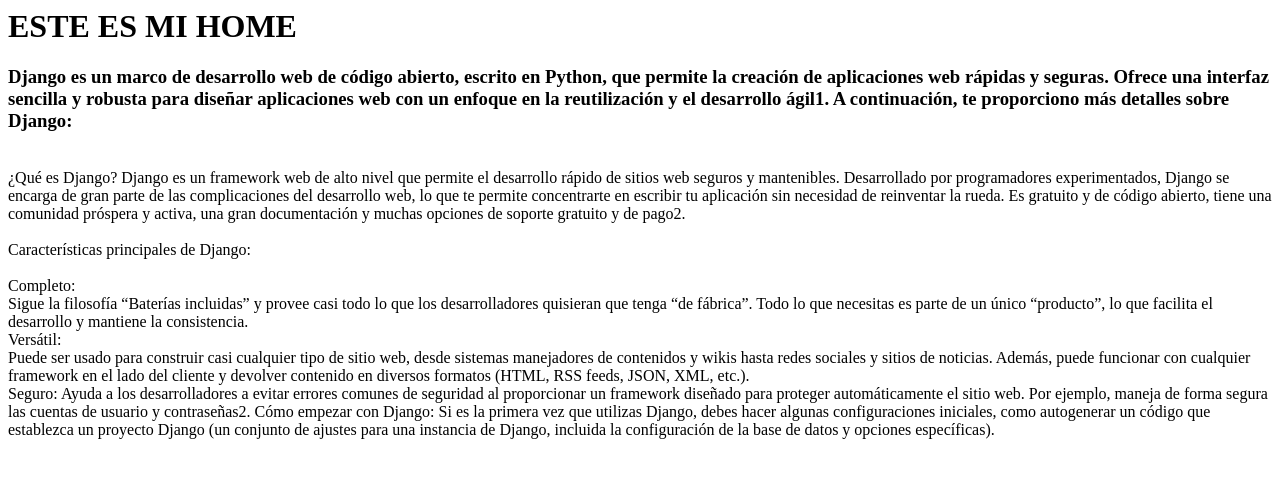
Repository: profe-ggarrido/desaf-aplic-web-python
Page: http://localhost/
An editor plug-in stored every save of this project. The page is shown before and after the next save, followed by the edit.
The browser window is 1280 px wide. The pictures show the whole page.
The page is served by the project's application, run on Django 4.2 (pro_alfa/manage.py). Other server files are loaded and not shown.

Above is the page before, as saved 2024-04-30 13:37:46.

### pro_alfa/mascotasApp/views.py
from django.shortcuts import render

#Se debe importar la libreria HttpResponse
from django.http import HttpResponse


def home(request):
    return HttpResponse(
        """
        <h1>ESTE ES MI HOME</h1>
        <h3>Django es un marco de desarrollo web de código abierto, escrito en Python, que permite la creación de aplicaciones web rápidas y seguras. Ofrece una interfaz sencilla y robusta para diseñar aplicaciones web con un enfoque en la reutilización y el desarrollo ágil1. A continuación, te proporciono más detalles sobre Django:</h3><br>

¿Qué es Django?
Django es un framework web de alto nivel que permite el desarrollo rápido de sitios web seguros y mantenibles.
Desarrollado por programadores experimentados, Django se encarga de gran parte de las complicaciones del desarrollo web, lo que te permite concentrarte en escribir tu aplicación sin necesidad de reinventar la rueda.
Es gratuito y de código abierto, tiene una comunidad próspera y activa, una gran documentación y muchas opciones de soporte gratuito y de pago2.<br><br>
Características principales de Django:<br><br>
Completo: <br>Sigue la filosofía “Baterías incluidas” y provee casi todo lo que los desarrolladores quisieran que tenga “de fábrica”. Todo lo que necesitas es parte de un único “producto”, lo que facilita el desarrollo y mantiene la consistencia.<br>
Versátil: <br>Puede ser usado para construir casi cualquier tipo de sitio web, desde sistemas manejadores de contenidos y wikis hasta redes sociales y sitios de noticias. Además, puede funcionar con cualquier framework en el lado del cliente y devolver contenido en diversos formatos (HTML, RSS feeds, JSON, XML, etc.).<br>
Seguro: Ayuda a los desarrolladores a evitar errores comunes de seguridad al proporcionar un framework diseñado para proteger automáticamente el sitio web. Por ejemplo, maneja de forma segura las cuentas de usuario y contraseñas2.
Cómo empezar con Django:
Si es la primera vez que utilizas Django, debes hacer algunas configuraciones iniciales, como autogenerar un código que establezca un proyecto Django (un conjunto de ajustes para una instancia de Django, incluida la configuración de la base de datos y opciones específicas).

    """
    )

def about(request):
    return HttpResponse("""
            <p>Lorem ipsum dolor sit amet consectetur, adipisicing elit. Cum laboriosam numquam consequatur,
            placeat natus voluptas dolorum, fugit excepturi rerum aliquid possimus at facilis laborum s
            ed? Vitae temporibus officia quos fuga.</p>

            """)


def contacto(request):
    return HttpResponse("""
        <!DOCTYPE html>
<html lang="es">
<head>
    <meta charset="UTF-8">
    <meta name="viewport" content="width=device-width, initial-scale=1.0">
    <title>Formulario de Contacto</title>
</head>
<body>
    <h2>Formulario de Contacto</h2>
    <form action="#" method="POST">
        <div>
            <label for="nombre">Nombre:</label>
            <input type="text" id="nombre" name="nombre" required>
        </div>
        <div>
            <label for="email">Correo Electrónico:</label>
            <input type="email" id="email" name="email" required>
        </div>
        <div>
            <label for="comentario">Comentario:</label>
            <textarea id="comentario" name="comentario" rows="4" required></textarea>
        </div>
        <div>
            <button type="submit">Enviar</button>
        </div>
    </form>
</body>
</html>

        """
                        )

### pro_alfa/pro_alfa/urls.py
"""
URL configuration for pro_alfa project.

The `urlpatterns` list routes URLs to views. For more information please see:
    https://docs.djangoproject.com/en/4.2/topics/http/urls/
Examples:
Function views
    1. Add an import:  from my_app import views
    2. Add a URL to urlpatterns:  path('', views.home, name='home')
Class-based views
    1. Add an import:  from other_app.views import Home
    2. Add a URL to urlpatterns:  path('', Home.as_view(), name='home')
Including another URLconf
    1. Import the include() function: from django.urls import include, path
    2. Add a URL to urlpatterns:  path('blog/', include('blog.urls'))
"""
from django.contrib import admin
from django.urls import path

from mascotasApp.views import home
from mascotasApp.views import about
from mascotasApp.views import contacto


urlpatterns = [
    path('admin/', admin.site.urls),

    path("",home),
    path("about/",about),
    path("contacto/",contacto)
]

After the next save:
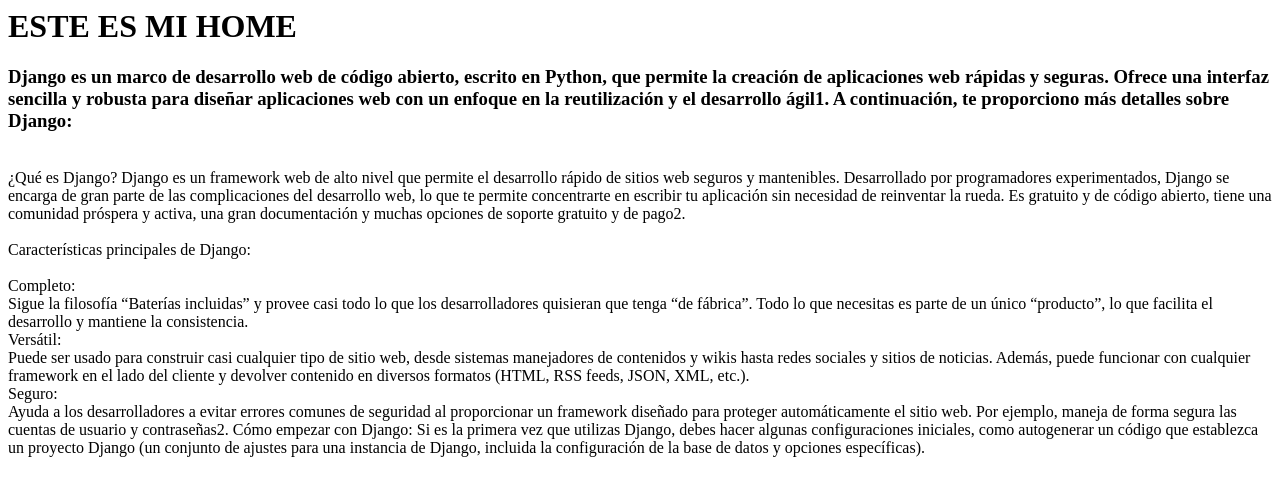
Saved 18 s later.
--- a/pro_alfa/mascotasApp/views.py
+++ b/pro_alfa/mascotasApp/views.py
@@ -17,7 +17,7 @@
 Características principales de Django:<br><br>
 Completo: <br>Sigue la filosofía “Baterías incluidas” y provee casi todo lo que los desarrolladores quisieran que tenga “de fábrica”. Todo lo que necesitas es parte de un único “producto”, lo que facilita el desarrollo y mantiene la consistencia.<br>
 Versátil: <br>Puede ser usado para construir casi cualquier tipo de sitio web, desde sistemas manejadores de contenidos y wikis hasta redes sociales y sitios de noticias. Además, puede funcionar con cualquier framework en el lado del cliente y devolver contenido en diversos formatos (HTML, RSS feeds, JSON, XML, etc.).<br>
-Seguro: Ayuda a los desarrolladores a evitar errores comunes de seguridad al proporcionar un framework diseñado para proteger automáticamente el sitio web. Por ejemplo, maneja de forma segura las cuentas de usuario y contraseñas2.
+Seguro: <br>Ayuda a los desarrolladores a evitar errores comunes de seguridad al proporcionar un framework diseñado para proteger automáticamente el sitio web. Por ejemplo, maneja de forma segura las cuentas de usuario y contraseñas2.
 Cómo empezar con Django:
 Si es la primera vez que utilizas Django, debes hacer algunas configuraciones iniciales, como autogenerar un código que establezca un proyecto Django (un conjunto de ajustes para una instancia de Django, incluida la configuración de la base de datos y opciones específicas).
 
